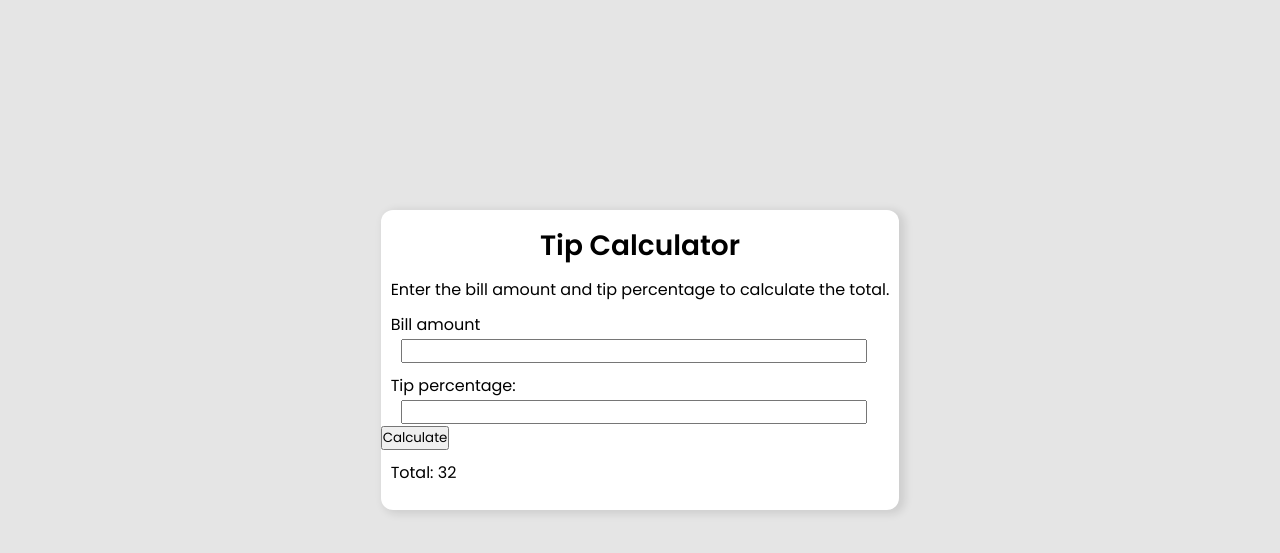
Repository: Ankitkr2021/Tip-Calculator
Page: index.html
An editor plug-in stored every save of this project. The page is shown before and after the next save, followed by the edit.
The browser window is 1280 px wide. The pictures show the whole page.

Above is the page before, as saved 2025-10-27 10:53:46.

### index.html
<!DOCTYPE html>
<html lang="en">
<head>
    <meta charset="UTF-8">
    <meta name="viewport" content="width=device-width, initial-scale=1.0">
    <title>Tip Calculator</title>
    <link rel="stylesheet" href="./style.css">
</head>
<body>
    <div class="box">
        <h2>Tip Calculator</h2>
        <p>Enter the bill amount and tip percentage to calculate the total.</p>
        <p>Bill amount</p>
        <input type="number">
        <p>Tip percentage:</p>
        <input type="number">
        <button>Calculate</button>
        <p>Total: <span>32</span></p>
    </div>
</body>
</html>

### style.css
@import url('https://fonts.googleapis.com/css2?family=Poppins:wght@300;400;500;600;700&display=swap');

*{
    margin: 0;
    padding: 0;
    box-sizing: border-box;
    font-family: "Poppins",sans-serif;
}

body {
    height: 100vh;
    width: 100%;
    display: flex;
    align-items: center;
    justify-content: center;
    background: rgba(0,0,0,0.1);
}

.box {
    background: #fff;
    height: 300px;
    box-shadow: 4px 2px 8px 2px rgba(0,0,0,0.1);
    border-radius: 12px;
}

h2{
    text-align: center;
    padding: 15px 0 0 0;
    font-size: 28px;
    font-weight: 600;
}

p{
    padding: 10px 10px 0 10px ;
}

input {
    width: 90%;
    margin-left: 20px;
}

After the next save:
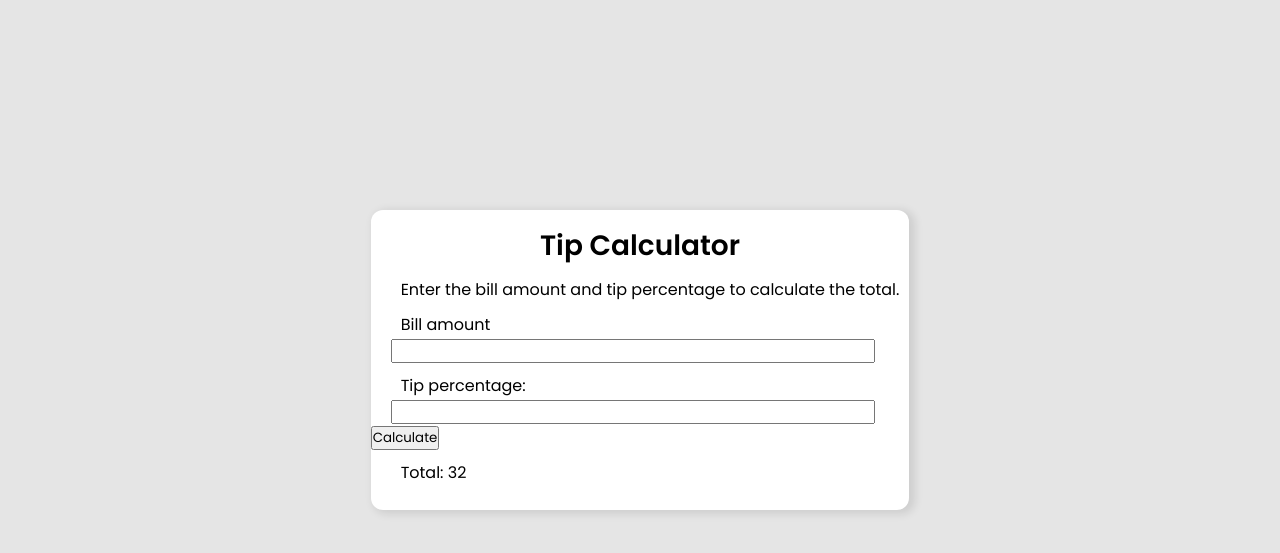
Saved 11 s later.
--- a/style.css
+++ b/style.css
@@ -32,6 +32,8 @@ h2{
 
 p{
     padding: 10px 10px 0 10px ;
+    margin-left: 20px;
+
 }
 
 input {
